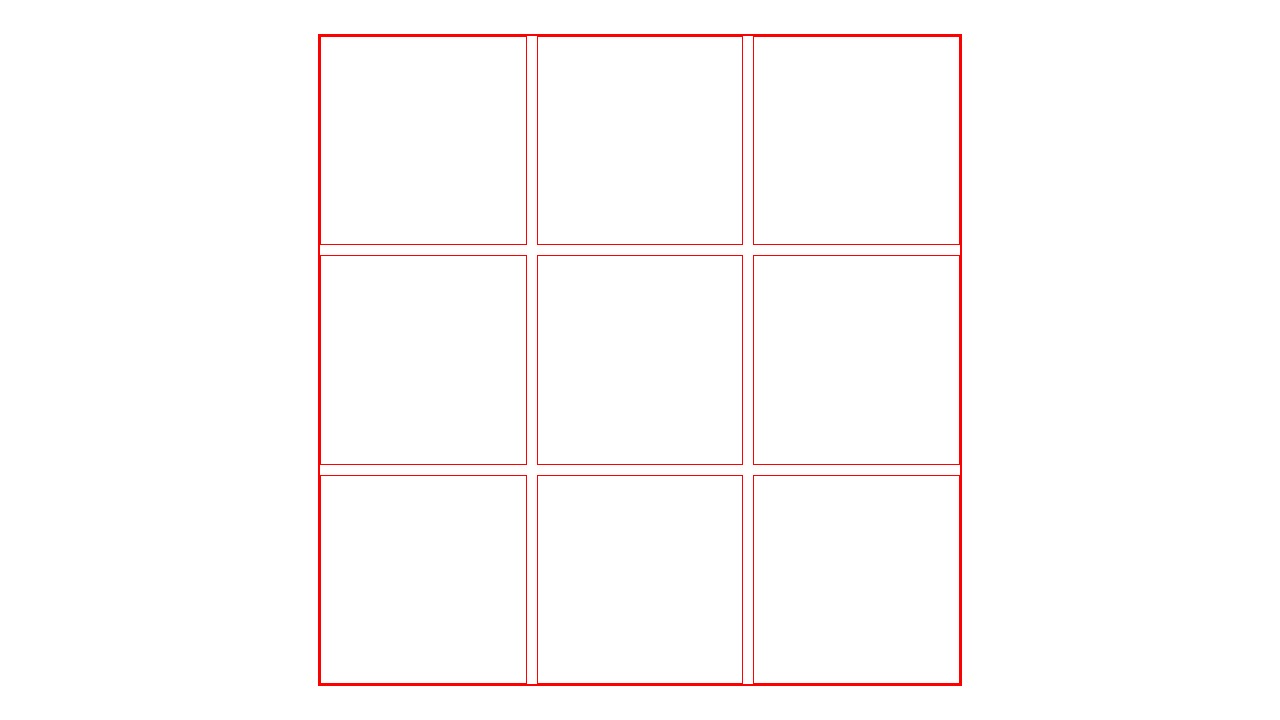
Repository: kocokoy/TOP-tic-tac-toe
Page: index.html
The author's editor kept a copy of each file at every save. The page is drawn from the files as they stood at one save, then again after the next save.
The browser window is 1280 px wide. The pictures show the whole page.

Above is the page before, as saved 2024-11-07 14:23:12.

### index.html
<!DOCTYPE html>
<html lang="en">
<head>
  <meta charset="UTF-8">
  <meta name="viewport" content="width=device-width, initial-scale=1.0">
  <link rel="stylesheet" href="/styles/style.css">
  <title>Document</title>
</head>
<body>
 <div class='container'>
  <div class="gameboard">

  </div>
 </div>
<script src="/javascripts/scripts.js"></script>
</body>
</html>

### styles/style.css
body{
  padding: 0;
  margin: 0;
  height: 100vh;
}
.container{
  height:100%;
  display: flex;
  justify-content: center;
  align-items: center;
}
.gameboard{
  display: grid;
  grid-template-columns: 1fr 1fr 1fr;
  gap: 10px;
  border: 2px solid red;
  width: 50%;
  height: 90%;
}
.gameboard div{
  border: 1px solid red;
  cursor: pointer;
}

### javascripts/scripts.js
const gameBoardElement = document.querySelector('.gameboard');

const gameBoard = {
  gameBoard : []
}
const players = {
  player1: 'X',
  player2: 'O',
}

startGame();
function startGame(){
  createGameBoard()
}
function createGameBoard(){
  for(let i = 0; i < 9; i++){
    const div = document.createElement('div');
    gameBoardElement.appendChild(div);
  }
}

After the next save:
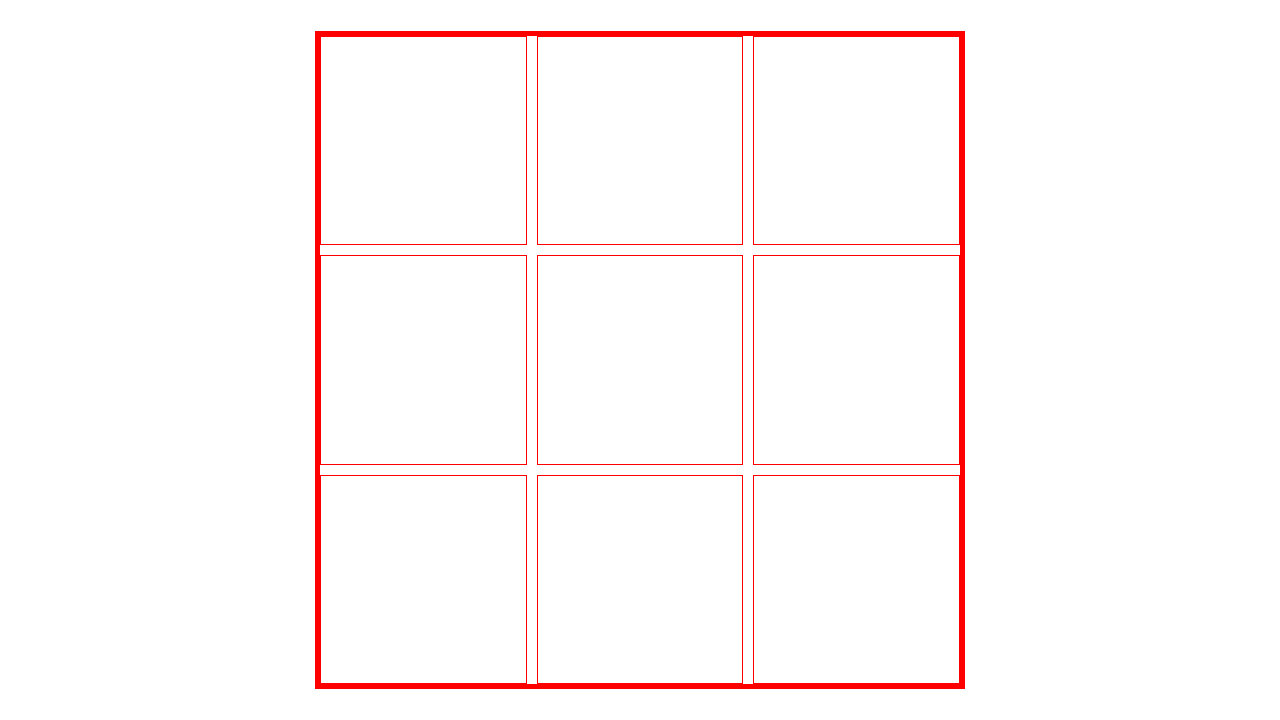
Saved 14 s later.
--- a/styles/style.css
+++ b/styles/style.css
@@ -13,7 +13,7 @@ body{
   display: grid;
   grid-template-columns: 1fr 1fr 1fr;
   gap: 10px;
-  border: 2px solid red;
+  border: 5px solid red;
   width: 50%;
   height: 90%;
 }
